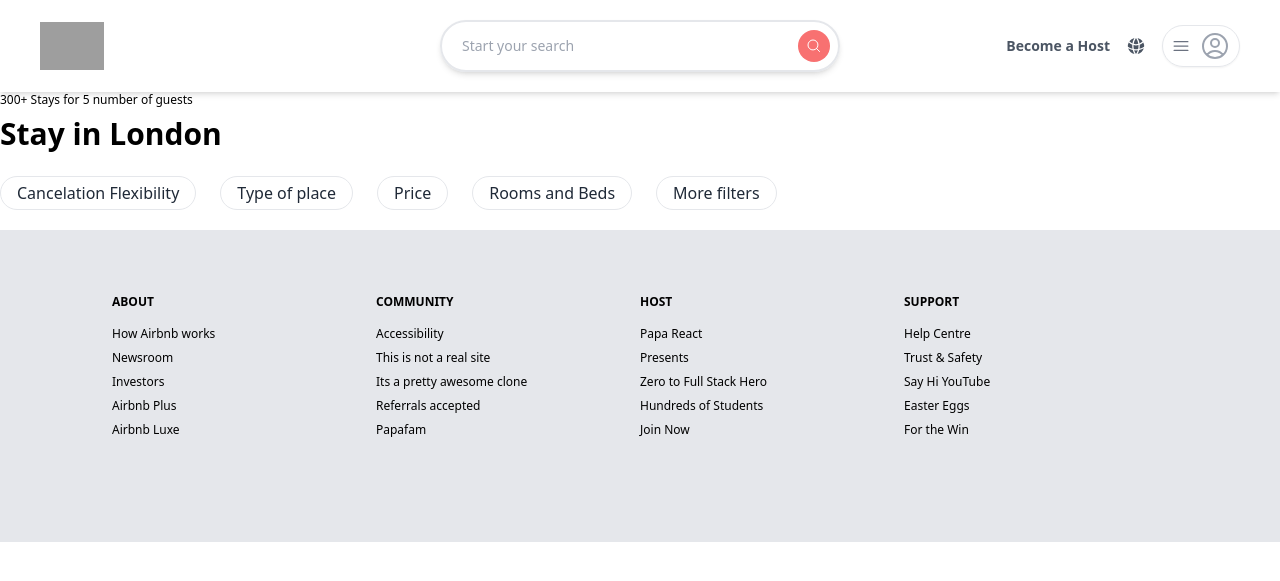
Repository: lakshithapramodya/airbnb
Page: /search
These files come from the project's save history. The page is drawn as it stood at one moment and after the next save; the edit follows.
The browser window is 1280 px wide. The pictures show the whole page.
Pictures or frames that could not be fetched are drawn as grey boxes. The project was rebuilt for these pictures with package versions that can differ from the ones it lists, and the page was loaded fresh each time. The framework's server and built-in components were replaced by stand-ins that run in the browser. Also part of the build but not shown: next.config.js.

Above is the page before, as saved 2022-10-19 16:27:13.

### pages/_app.jsx
import "../styles/globals.css";
import { AppProps } from "next/app";

function MyApp({ Component, pageProps }) {
  return <Component {...pageProps} />;
}

export default MyApp;

### pages/search.js
import { useRouter } from "next/router";
import React from "react";
import Footer from "../components/Footer";
import Header from "../components/Header";

function search() {
  const router = useRouter();
  const { location, startDate, endDate, guests } = router.query;
  return (
    <div>
      <Header />

      <main className="flex">
        <section>
          <p className="text-xs">300+ Stays for 5 number of guests</p>
          <h1 className="font-semibold text-3xl mt-2 mb-6">Stay in London</h1>

          <div className="space-x-6 hidden md:inline-flex mb-5 text-gray-800 whitespace-nowrap">
            <p className="btn">Cancelation Flexibility</p>
            <p className="btn">Type of place</p>
            <p className="btn">Price</p>
            <p className="btn">Rooms and Beds</p>
            <p className="btn">More filters</p>
          </div>
        </section>
      </main>

      <Footer />
    </div>
  );
}

export default search;

### styles/globals.css
@tailwind base;
@tailwind components;
@tailwind utilities;

@layer components {
  .btn {
    @apply border rounded-full
    px-4 py-1 hover:shadow-lg active:scale-95
   active:bg-gray-100 transition transform duration-150
   ease-out cursor-pointer;
  }
}

### components/Footer.js
import React from "react";

function Footer() {
  return (
    <div className="grid grid-cols-1 md:grid-cols-4 py-16 px-28 bg-gray-200">
      <div className="pb-8">
        <h2 className="font-bold text-xs font-sans mb-4 cursor-pointer">
          ABOUT
        </h2>
        <p className="text-xs my-2 cursor-pointer">How Airbnb works</p>
        <p className="text-xs my-2 cursor-pointer">Newsroom</p>
        <p className="text-xs my-2 cursor-pointer">Investors</p>
        <p className="text-xs my-2 cursor-pointer">Airbnb Plus</p>
        <p className="text-xs my-2 cursor-pointer">Airbnb Luxe</p>
      </div>
      <div className="pb-8">
        <h2 className="font-bold text-xs font-sans mb-4 cursor-pointer">
          COMMUNITY
        </h2>
        <p className="text-xs my-2 cursor-pointer">Accessibility</p>
        <p className="text-xs my-2 cursor-pointer">This is not a real site</p>
        <p className="text-xs my-2 cursor-pointer">
          Its a pretty awesome clone
        </p>
        <p className="text-xs my-2 cursor-pointer">Referrals accepted</p>
        <p className="text-xs my-2 cursor-pointer">Papafam</p>
      </div>
      <div className="pb-8">
        <h2 className="font-bold text-xs font-sans mb-4 cursor-pointer">
          HOST
        </h2>
        <p className="text-xs my-2 cursor-pointer">Papa React</p>
        <p className="text-xs my-2 cursor-pointer">Presents</p>
        <p className="text-xs my-2 cursor-pointer">Zero to Full Stack Hero</p>
        <p className="text-xs my-2 cursor-pointer">Hundreds of Students</p>
        <p className="text-xs my-2 cursor-pointer">Join Now</p>
      </div>
      <div className="pb-8">
        <h2 className="font-bold text-xs font-sans mb-4 cursor-pointer">
          SUPPORT
        </h2>
        <p className="text-xs my-2 cursor-pointer">Help Centre</p>
        <p className="text-xs my-2 cursor-pointer">Trust & Safety</p>
        <p className="text-xs my-2 cursor-pointer">Say Hi YouTube</p>
        <p className="text-xs my-2 cursor-pointer">Easter Eggs</p>
        <p className="text-xs my-2 cursor-pointer">For the Win</p>
      </div>
    </div>
  );
}

export default Footer;

### components/Header.js
import React, { useState } from "react";
import Image from "next/image";
import {
  MagnifyingGlassIcon,
  Bars3Icon,
  UserCircleIcon,
} from "@heroicons/react/24/outline";
import { GlobeAltIcon, UsersIcon } from "@heroicons/react/24/solid";
import "react-date-range/dist/styles.css";
import "react-date-range/dist/theme/default.css";
import { DateRangePicker } from "react-date-range";
import { useRouter } from "next/router";

function Header() {
  const [searchText, setSearchTExt] = useState("");
  const [startDate, setStartDate] = useState(new Date());
  const [endDate, setEndDate] = useState(new Date());
  const [guests, setGuests] = useState(1);
  const router = useRouter();

  const selectionRange = {
    startDate: startDate,
    endDate: endDate,
    key: "selection",
  };

  const handleChange = (ranges) => {
    setStartDate(ranges.selection.startDate);
    setEndDate(ranges.selection.endDate);
  };

  const resetInput = () => {
    setSearchTExt("");
  };

  const search = () => {
    router.push({
      pathname: "/search",
      query: {
        location: searchText,
        startDate: startDate.toISOString(),
        endDate: endDate.toISOString(),
        guests,
      },
    });
  };

  return (
    <div
      className="sticky top-0  z-50 grid grid-cols-3 bg-white shadow-md
    p-5 md:px-10"
    >
      {/* Left */}
      <div
        onClick={() => router.push("/")}
        className="relative flex item-center h-12 cursor-pointer my-auto"
      >
        <Image
          src="https://1000logos.net/wp-content/uploads/2017/08/Airbnb-Logo.png"
          layout="fill"
          objectFit="contain"
          objectPosition="left"
        />
      </div>

      {/* Middle */}
      <div
        className="flex items-center md:border-2 rounded-full py-2
      md:shadow-md"
      >
        <input
          value={searchText}
          onChange={(e) => setSearchTExt(e.target.value)}
          className="!outline-0 pl-5 bg-transparent flex-grow
          md:min-w-0  text-sm text-gray-600"
          type="text"
          placeholder="Start your search"
        />
        <MagnifyingGlassIcon
          className="hidden md:inline-flex h-8 bg-red-400
         text-white rounded-full p-2 cursor-pointer md:mx-2 "
        />
      </div>

      {/* Right */}
      <div className="flex items-center space-x-4 justify-end">
        <p
          className="text-sm font-semibold cursor-pointer
        rounded-full text-gray-600 hidden md:inline"
        >
          Become a Host
        </p>

        <GlobeAltIcon className="h-5 text-gray-600 cursor-pointer" />

        <div
          className="flex items-center border rounded-full p-1
        space-x-2 shadow-sm px-2 hover:shadow-md"
        >
          <Bars3Icon className="h-5 text-gray-500" />
          <UserCircleIcon className="h-8 text-gray-400" />
        </div>
      </div>
      {searchText && (
        <div className="flex flex-col col-span-3 mx-auto">
          <DateRangePicker
            ranges={[selectionRange]}
            minDate={new Date()}
            rangeColors={["#FD5B61"]}
            onChange={handleChange}
          />
          <div>
            <div className="flex items-center border-b">
              <h2 className="text-2xl font-semibold flex-grow">
                Number of Guests
              </h2>
              <UsersIcon className="h-5" />
              <input
                value={guests}
                onChange={(e) => setGuests(e.target.value)}
                min={1}
                type="number"
                className="w-12 ml-2 !outline-0 text-lg text-red-500"
              />
            </div>
            <div className="flex mt-4">
              <button onClick={resetInput} className="text-gray-500 flex-grow">
                Cancel
              </button>
              <button onClick={search} className="text-red-500 flex-grow">
                Search
              </button>
            </div>
          </div>
        </div>
      )}
    </div>
  );
}

export default Header;

Loaded but not shown: tailwind.config.js (common file)

After the next save:
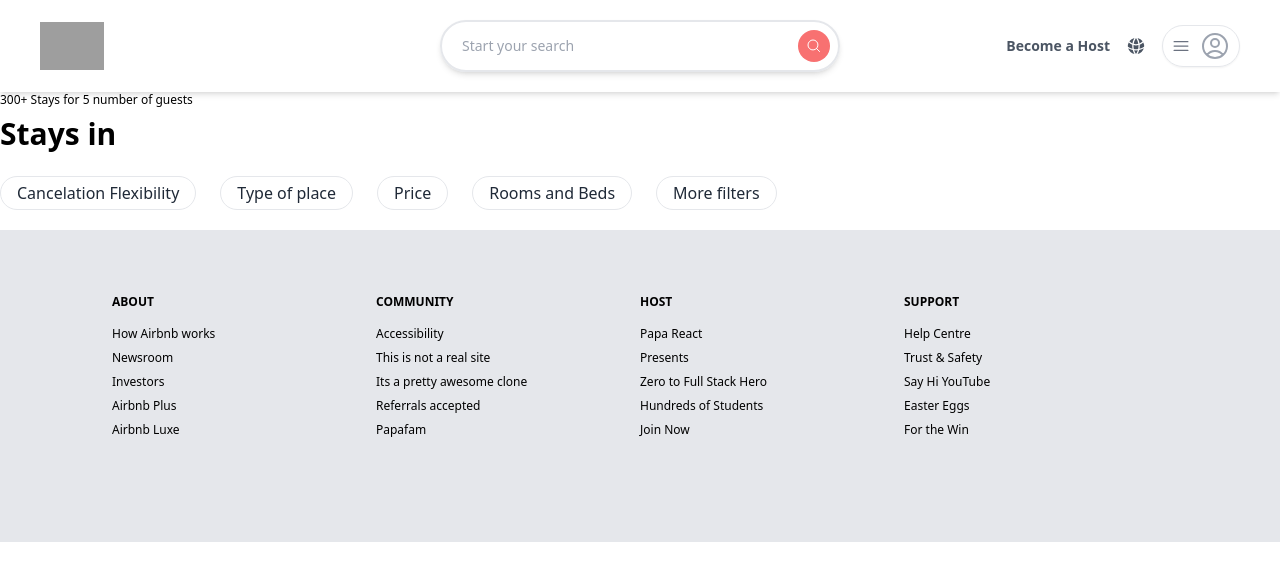
Saved 63 s later.
--- a/pages/search.js
+++ b/pages/search.js
@@ -13,7 +13,9 @@ function search() {
       <main className="flex">
         <section>
           <p className="text-xs">300+ Stays for 5 number of guests</p>
-          <h1 className="font-semibold text-3xl mt-2 mb-6">Stay in London</h1>
+          <h1 className="font-semibold text-3xl mt-2 mb-6">
+            Stays in {location}
+          </h1>
 
           <div className="space-x-6 hidden md:inline-flex mb-5 text-gray-800 whitespace-nowrap">
             <p className="btn">Cancelation Flexibility</p>
